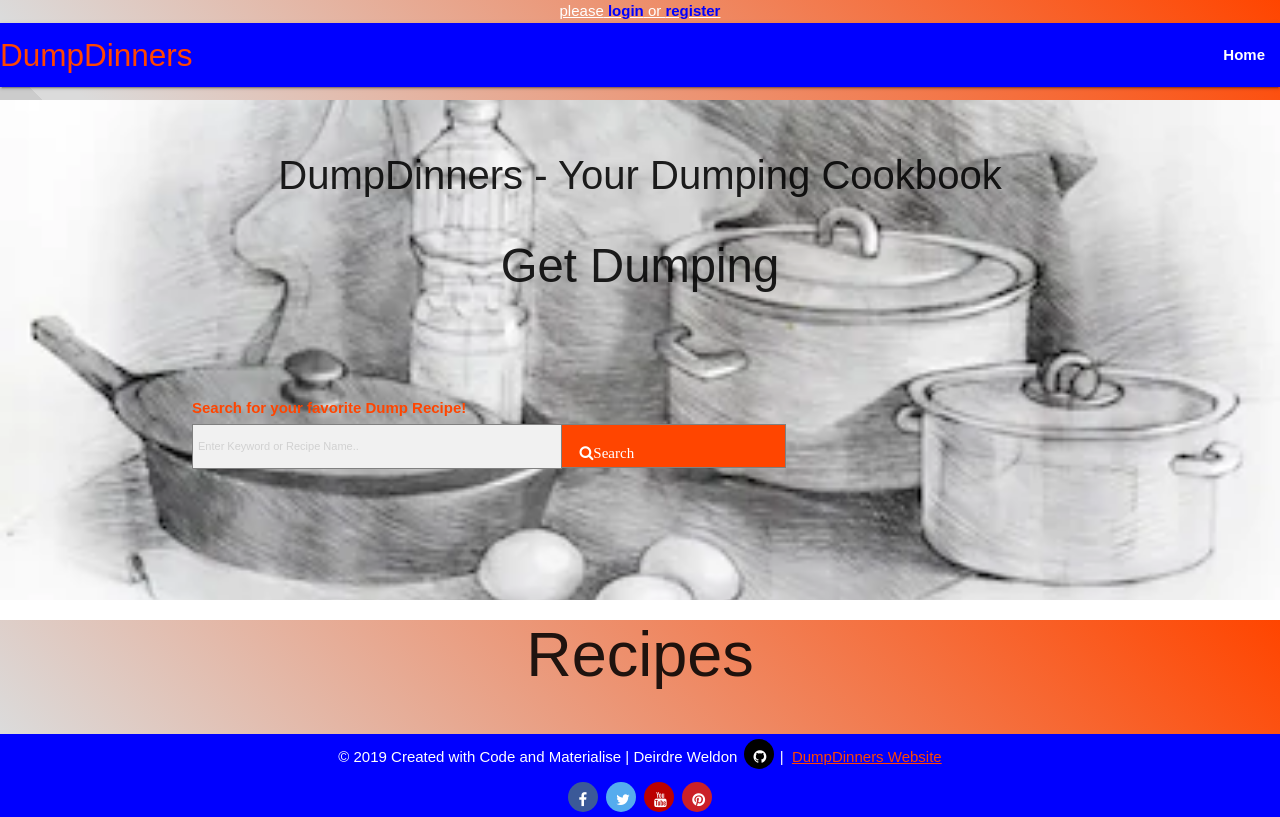
Repository: Deirdre18/dumpdinners-recipe-app
Page: http://localhost/
The author's editor kept a record of every edit. The page is drawn from the files as they stood at one moment, then again after the next edit.
The browser window is 1280 px wide. The pictures show the whole page.
Some web libraries are served in a nearby version. The page is served by the project's application, run on Flask 3 (app.py). Queries for data that is not in the repository find no rows.

Above is the page before.

### templates/allrecipes1.html
{% extends "base.html" %} {% block content %}

<h1 class="title">Recipes</h1>
{#{{referred to https://github.com/pierceoneill/code-institute-milestone-project-04/blob/master/templates/recipes.html for recipe-cards code.}}#}



<div id="recipe-cards" class="row">
    {% for recipe in recipes %}
    <div class="col s12 m4 l3 recipe-card" data-date="{{recipe.date_added}}">
        <div class="card-heading" style="text-align:center">

            <div class="card-title">
                <h6><span id="recipe_name" name="recipe_name"><i><strong>{{recipe.recipe_name}} </i></strong></span></h6>

            </div>
        </div><br><br>

        <p><strong>Views:{{ recipe.views }} Likes: {{recipe.likes}}</strong> </p>


        <div class="card-image">
            <img src="{{recipe.image}}" width="200" height="200" style="margin-top" : 40%;>
        </div>


        <div class="card-body">

            <p id="short_description"></p> <strong><em>{{recipe.short_description}}</strong></em>
            </p>
        </div>

        <div class="card-footer">


            <div class="card-action">
                <a href="/recipe/{{ recipe._id }}"> <button class="btn waves-effect waves-light" type="submit" style="background-color:orangered" name="action">See More
                <i class="material-icons right">view_list</i>
             </button></a>

            </div>
        </div>




        <!-- more display -->
    </div>
    {% endfor %} {% endblock %}

### templates/base.html
<!DOCTYPE html>
<html>

<head>
    <!--referred to this link for downloading bootstrap, as well as previous CI tutorials - https://forums.fedoraforum.org/showthread.php?314148-How-to-download-bootstrap-->

    <meta charset="UTF-8">
    <meta name="viewport" content="width=device-width, user-scalable=no, initial-scale=1.0, maximum-scale=1.0, minimum-scale=1.0">
    <meta http-equiv="X-UA-Compatible" content="ie=edge">
    <title>{{ title }} - DumpDinners</title>
    <link href="https://fonts.googleapis.com/icon?family=Material+Icons" rel="stylesheet">
    <link rel="stylesheet" href="https://cdnjs.cloudflare.com/ajax/libs/materialize/0.100.2/css/materialize.min.css">
    <link rel="stylesheet" href="{{url_for('static', filename='styles.css')}}" type="text/css" />
    <link rel="icon" type="image/ico" href="/static/images/favicon.ico" />
    <link rel="stylesheet" href="https://cdnjs.cloudflare.com/ajax/libs/font-awesome/4.7.0/css/font-awesome.min.css">

    <style>
        body {
            font-family: Arial;
        }

        * {
            box-sizing: border-box;
        }

        form.example input[type=text] {
            padding: 5px;
            font-size: 11px;
            border: 1px solid grey;
            float: left;
            width: 4%;
            height: 1%;
            background: #f1f1f1;
        }

        form.example button {
            float: left;
            width: 2%;
            height: 2%;
            padding: 5px;
            background: #2196F3;
            color: white;
            font-size: 11px;
            border: 1px solid grey;
            border-left: none;
            cursor: pointer;
        }

        form.example button:hover {
            background: #0b7dda;
        }

        form.example::after {
            content: "";
            clear: both;
            display: table;
        }
    </style>



</head>

<body>

    <style scoped>
        .pattern {
            min-height: 100px;
        }

        #stripes4 {

            background-image: repeating-linear-gradient(45deg, #ccc, #ccc 30px, #dbdbdb 30px, #dbdbdb 60px, orangered);

        }
    </style>

    <!--to give background gradient color, referred to https://www.quackit.com/css/codes/patterns/css_background_stripes.cfm-->

    <div id="stripes4" class="pattern">


        <!--referred to code from Spence Barribal's github project for username in session below (Student at Code Institute).-->

        {% if 'username' in session %}
        <div class="text-light font-italic bg-dark pt-2 pr-4" style="text-align:center; color:blue"><strong>welcome back, {{ session['username'] }}</strong>
        </div>

        <!--Referred to stack overflow article on centering anchors.-->

        <div class="display:block; text-align: center">
            <a href="{{ url_for('add_recipe') }}" <button class="btn-floating btn-small waves-effect waves-light red" style=" font-size:11px; color: blue; width:60px; height:50px;text-transform:uppercase"><strong><uppercase>+ Recipe</uppercase></strong></button><i class="material-icons"></i></a>
        </div>


        <div class="display:block; text-align: center">
            <a href="{{ url_for( 'logout') }}text-align:center" style="text-decoration:underline; color:blue; text-align:center,color:blue"><strong>Logout</strong></a>

            <a href="{{ url_for( 'allrecipes') }}text-align:center" style="text-decoration:underline;color:blue; text-align:center"><strong>Home</strong></a>

        </div>

        {% else %}

        <div class="login" style="text-align:center;text-decoration:underline; color:white">please<a href="{{ url_for('login') }}" style="color:blue"><strong> login</a></strong> or <a href="{{ url_for('register') }}" style="color:blue"><strong> register</strong></a>
        </div>
        {% endif %}

        <nav>
            <div class="nav-wrapper">
                <a class="brand-logo" style="color:orangered">DumpDinners</a>
                <a href="#" data-activates="mobile-demo" class="button-collapse"><i class="material-icons">menu</i></a>
                <ul id="nav-mobile" class="right hide-on-med-and-down">

                    {% if 'username' not in session %}

                    <li class="nav-item">
                        <a href="{{ url_for('index') }}" style="color:white"><strong>Home</a></strong>
                    </li>


                    {% endif %}

                </ul>
            </div>

        </nav>
        <!--referred to https://www.w3schools.com/howto/howto_css_search_button.asp-->

        {% if 'username' in session %}
        <ul class="sidenav" id="mobile-demo">
            <li class="nav-item">
                <a href="{{ url_for('allrecipes') }}" style="color:orangered;text-decoration:underline"><strong>Home</strong></a>
            </li>
            {% endif %}


        </ul>
    </div>

    <div id="index-banner" class="parallax-container">
        <div class="section no-pad-bot">
            <div class="container">

                <div class="parallax">
                    <img src="{{ url_for('static', filename='uploads/' + 'still-life.jpg') }}">
                </div>

                <h2 class="header center" class="header"><small>DumpDinners - Your Dumping Cookbook</small></h2>

                <h1 class="header center" class="header"><small>Get Dumping</small></h1>
                <br><br><br>


                <!--/*referred to https://www.w3schools.com/howto/howto_css_search_button.asp*/-->

                <div class="search-container">

                    <h6 class="lead-search" style="color:orangered; text-align:left"><strong>Search for your favorite Dump Recipe!</strong></h6>
                    <form class="example" action="{{ url_for('search') }}">
                        <input type="text" placeholder="Enter Keyword or Recipe Name.." required name="query" style="margin-top:1px; width:40%; height:3em !important; color:black">
                        <div id="search">
                            <button type="submit" style="margin-top:1px; width:25%; height:4em !important; background-color:orangered"><i class="fa fa-search" style="font-size:15px;float:left">Search</i></button>
                        </div>
                    </form>
                </div>


            </div>
        </div>
        <!--Referred to this link for adding photos dynamically. https://stackoverflow.com/questions/40877272/jinja2-not-displaying-the-images-->


    </div>

    <div id="stripes4" class="pattern">
        {% block content %}{% endblock %}
    </div>

    <script src="https://ajax.googleapis.com/ajax/libs/jquery/3.4.1/jquery.min.js"></script>


    <script src="https://cdnjs.cloudflare.com/ajax/libs/jquery/3.2.1/jquery.min.js"></script>

    <script src="https://cdnjs.cloudflare.com/ajax/libs/materialize/0.100.2/js/materialize.min.js"></script>



    <script type="text/javascript">
        $(document).ready(function() {
            $(".button-collapse").sideNav();
        });
    </script>

    <script type="text/javascript">
        $('.datepicker').pickadate({
            selectMonths: true, // Creates a dropdown to control month
            selectYears: 15, // Creates a dropdown of 15 years to control year,
            today: 'Today',
            clear: 'Clear',
            close: 'Ok',
            closeOnSelect: false // Close upon selecting a date,
        });
    </script>


    <script>
        $(document).ready(function() {
            $('.parallax').parallax();
        });
    </script>

    <!-- jquery to activate buttons -->

    <script type="text/javascript">
        $(document).ready(function() {
            $('.collapsible').collapsible();
            $('select').material_select();
        });
    </script>



    <!--to create footer referred to https://www.w3schools.com/howto/tryit.asp?filename=tryhow_css_fixed_footer. For flexible footer referred to https://materializecss.com/footer.html-->
    <!--decided to make footer fixed rather than flexible-->





    <style>
        .footer {
            margin-top: 1px;
            display: fixed;
            min-height: 3vh;
            flex-direction: column;
            text-align: center;
            background-color: blue;
            color: white;
        }

        main {
            flex: 1 0 auto;
        }

        .container {
            margin-top: 15px;
            margin-bottom: 3px;
        }
    </style>



    <style>
        .fa {
            padding: 10px;
            font-size: 15px;
            width: 30px;
            text-decoration: none;
            margin: 5px 2px;
            border-radius: 50%;
            height: 30px;
        }

        .fa:hover {
            opacity: 0.7;

        }

        .fa-facebook {
            background: #3B5998;
            color: white;
            text-align: center;
        }

        .fa-twitter {
            background: #55ACEE;
            color: white;
            text-align: center;
        }


        .fa-youtube {
            background: #bb0000;
            color: white;
            text-align: center;
        }

        .fa-pinterest {
            background: #cb2027;
            color: white;
            text-align: center;
        }

        .fa-github {
            background: black;
            color: white;
            text-align: center;

        }

        strong {
            font-weight: bold;
        }
    </style>



    <div class="footer">

        <div class="container">
            <!--created blank spaces, referred to https://www.computerhope.com/jargon/n/nbsp.htm-->
            © 2019 Created with Code and Materialise&nbsp| Deirdre Weldon <a href="https://github.com/Deirdre18" class="fa fa-github"></a> |&nbsp
            <a href="https://dumpdinners-recipe-app.herokuapp.com/" style="color:orangered; text-decoration: underline">DumpDinners Website
        </div>

        <!--for social media icons and styles referred to https://www.w3schools.com/howto/howto_css_social_media_buttons.asp    -->



        <!-- Add font awesome icons -->
        <a href="https://www.facebook.com/" class="fa fa-facebook"></a>
            <a href="https://www.twitter.com/" class="fa fa-twitter"></a>
            <a href="https://www.youtube.com/" class="fa fa-youtube"></a>
            <a href="https://www.pinterest.com/" class="fa fa-pinterest"></a>


            </footer>
</body>

</html>

### app.py
import os
import re
from flask import Flask, render_template, redirect, request, url_for, session, flash
import json
from functools import update_wrapper
from flask_pymongo import PyMongo
import pymongo
from pymongo import MongoClient
from bson.objectid import ObjectId


from werkzeug.security import generate_password_hash, check_password_hash


app = Flask(__name__)

app.secret_key = "randomstring123"



if app.config['DEBUG'] == True:
    from config import dbconfig
    app.config["MONGO_DBNAME"] = 'dumpdinners'
    app.config["MONGO_URI"] = dbconfig()
else:
    app.config['MONGO_URI'] = os.environ.get("MONGO_URI")
    app.config['MONGO_DBNAME'] = os.environ.get("MONGO_DBNAME")

mongo = PyMongo(app)


@app.route('/')
@app.route('/index')
def index():
    """Home page the gets 4 recipes from DB that have been viewed the most"""
    four_recipes = mongo.db.recipes.find().limit(4)
    return render_template('allrecipes1.html', recipes=four_recipes)

@app.route('/allrecipes')
def allrecipes():
    recipes = mongo.db.recipes.find()
    return render_template('allrecipes.html', recipes=recipes)

@app.route('/allrecipes1')
def allrecipes1():
    recipes = mongo.db.recipes.find()
    four_recipes = mongo.db.recipes.find().limit(4)
    return render_template('allrecipes1.html', recipes=four_recipes)

@app.route('/add_recipe')
def add_recipe():
    recipes = mongo.db.recipes.find()
    return render_template('addrecipe.html',
        recipes=mongo.db.categories.find())


@app.route('/insert_recipe', methods=['POST'])
def insert_recipe():
    recipes = mongo.db.recipes
    recipes.insert_one(request.form.to_dict())
    flash ("Thank you for adding a recipe!")
    return redirect(url_for('recipe', recipe_id=recipe_.id))



@app.route('/edit_recipe/<recipe_id>', methods=['GET', 'POST'])
def edit_recipe(recipe_id):
    """Allows logged in user to edit their own recipes"""
    recipe_db = mongo.db.recipes.find_one_or_404({'_id': ObjectId(recipe_id)})
    all_categories =  mongo.db.categories.find()
    if request.method == 'GET':

        return render_template('editrecipe.html', recipe=recipe_db, categories=all_categories)


# referred to this article for advice on 'views' - https://stackoverflow.com/questions/5782311/mongodb-inc-embedded-value-syntax

@app.route('/update_recipe/<recipe_id>', methods=["POST"])
def update_recipe(recipe_id):
    recipes = mongo.db.recipes
    recipes.update( {'_id': ObjectId(recipe_id)},
    {
        '$set': {

        'recipe_name':request.form.get('recipe_name'),
        'ingredients':request.form.get('ingredients'),
        'image': request.form.get('image'),
        'category_name': request.form.get('category_name'),
        'username': request.form.get('username'),
        'methods': request.form.get('methods'),
        'short_description': request.form.get('short_description'),
        'date_added': request.form.get('date_added'),
        'is_vegetarian': request.form.get('is_vegetarian'),
        'views':1,
        'likes':1
        }
    })
    return redirect(url_for('allrecipes'))




@app.route('/delete_recipe/<recipe_id>')
def delete_recipe(recipe_id):
    mongo.db.recipes.remove({'_id': ObjectId(recipe_id)})
    return redirect(url_for('allrecipes'))

@app.route('/search')
def search():
    """Provides logic for search bar"""
    orig_query = request.args['query']
    # using regular expression setting option for any case
    query = {'$regex': re.compile('.*{}.*'.format(orig_query)), '$options': 'i'}
    # find instances of the entered word in title, tags or ingredients
    results = mongo.db.recipes.find({
        '$or': [
            {'recipe_name': query},
            {'ingredients': query},
            {'recipe_name': query}
        ]
    })
    return render_template('search.html', query=orig_query, results=results)


@app.route('/recipe/<recipe_id>')
def recipe(recipe_id):

    """Shows full recipe and increments view"""
    mongo.db.recipes.find_one_and_update(
        {'_id': ObjectId(recipe_id)},
        { '$inc': { 'views': 1}}



    )
    recipe_db = mongo.db.recipes.find_one_or_404({'_id': ObjectId(recipe_id)})
    return render_template('recipe.html', recipe=recipe_db)


@app.route('/likes/<recipe_id>')
def likes(recipe_id):

    """Shows full recipe and increments view"""
    mongo.db.recipes.find_one_and_update(
        {'_id': ObjectId(recipe_id)},
        { '$inc': { 'likes': 1}}



    )
    recipe_db = mongo.db.recipes.find_one_or_404({'_id': ObjectId(recipe_id)})
    return redirect(url_for('allrecipes1'))




#Copied routing for login from Deborah Thompson, student at Code Institute for login routing - #https://github.com/debbiect246/recipe-app#


@app.route('/login', methods=["GET","POST"])
def login():
    if request.method == 'POST':
        login_user = mongo.db.register.find_one({'username': request.form['username']})
        form = request.form
        if login_user:
            if(form["password"] == login_user["password"]): # if password correct
                session['username'] = login_user["username"]
                return redirect(url_for('allrecipes',register_id = login_user["_id"]))
            else: # and if password is not correct
               flash("Incorrect password, please try again or register")
        else:# if user does not exist
            flash("User does not exist")
            return redirect(url_for('register'))
    return render_template('login.html')


#Copied routing for register from Deborah Thompson, student at Code Institute for login routing - #https://github.com/debbiect246/recipe-app#

@app.route('/register', methods=['POST','GET'])
def register():
    if request.method == 'POST':
        register = mongo.db.register
        register_id = register.insert_one(request.form.to_dict())
        # print(register)
        object_id = register_id.inserted_id
        flash("Thank you for registering, please login to view more recipes and add your own!")
        return redirect(url_for('login'))
    return render_template('register.html')




#Copied routing for allrecipeslist from Deborah Thompson, student at Code Institute for login routing - #https://github.com/debbiect246/recipe-app#


@app.route('/logout')
def logout():
    """Clears session and redirects to home"""

    session.clear()
    flash ("Thank you, hope to see you again soon!")
    return redirect(url_for('login'))




if __name__ == '__main__':
    app.run(host=os.environ.get('IP'),
        port=int(os.environ.get('PORT')))

### static/styles.css
.card-body {
    width: 75%;
    margin-left: 0;
    left: auto;
    right: auto;
    white-space: pre-wrap;
}

#search [type="search"] [name="query"]
{
     height: 30px;
     width: 50px;
}


h3 {margin-top: 10%}

.main { margin-top: 20px;}

.card-image {width:25%;}

h5 .lead-search {margin-bottom: 0}

p .heading {margin-top: 30%;}


.card-image {white-space: pre-wrap;
            margin-bottom: -80px;
}


h1 {text-align: center;
    margin-top: 20px;

}

p {margin-top: 20%;}



.nav-wrapper {background-color: blue;}

#Add {color: indigo;
}

#View {color: indigo;
}

.brand-logo{text-align:left;}

.btn_small {
    height: 24px;
    width: 60px;
    line-height: 24px;
    margin: 5px 5px;
    padding: 0 0.5em;
}

After the next edit:
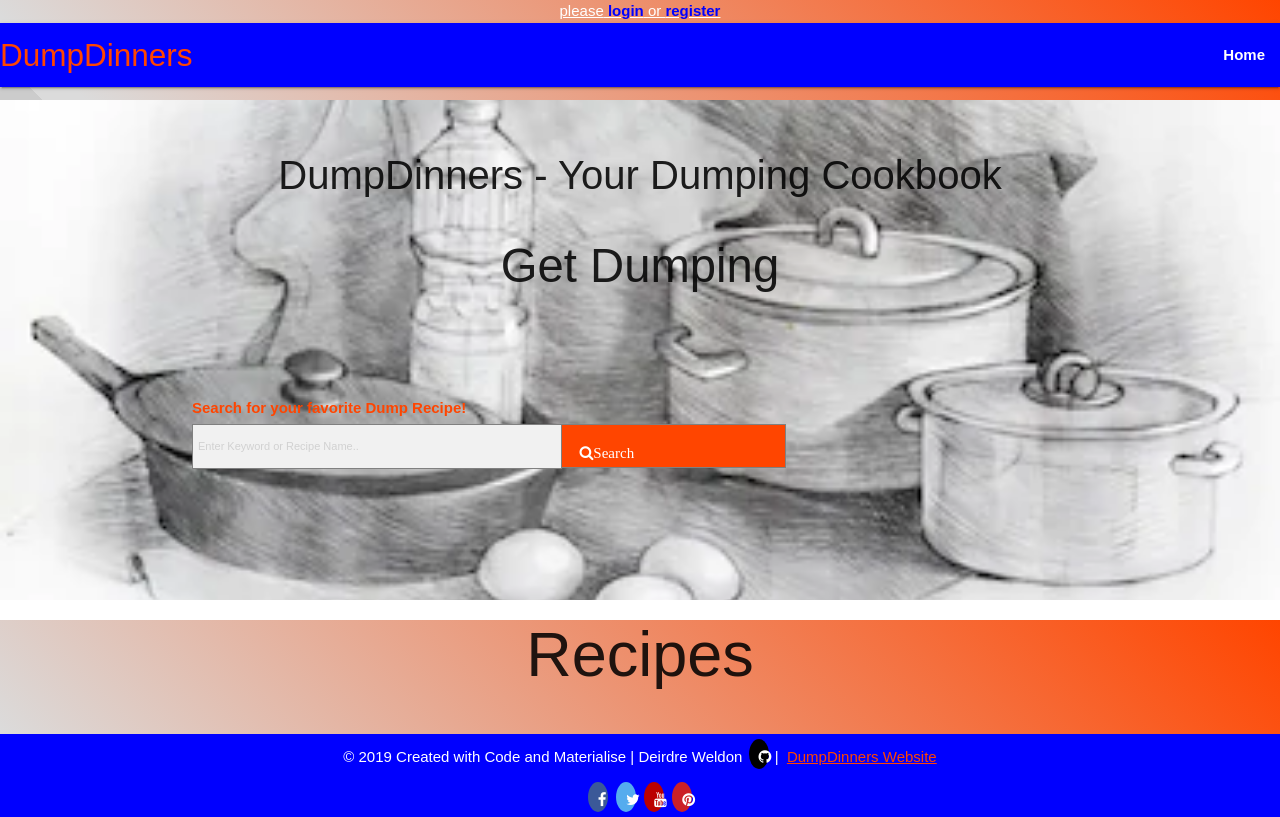
The edit:
--- a/templates/base.html
+++ b/templates/base.html
@@ -255,7 +255,7 @@
         .fa {
             padding: 10px;
             font-size: 15px;
-            width: 30px;
+            width: 20px;
             text-decoration: none;
             margin: 5px 2px;
             border-radius: 50%;
